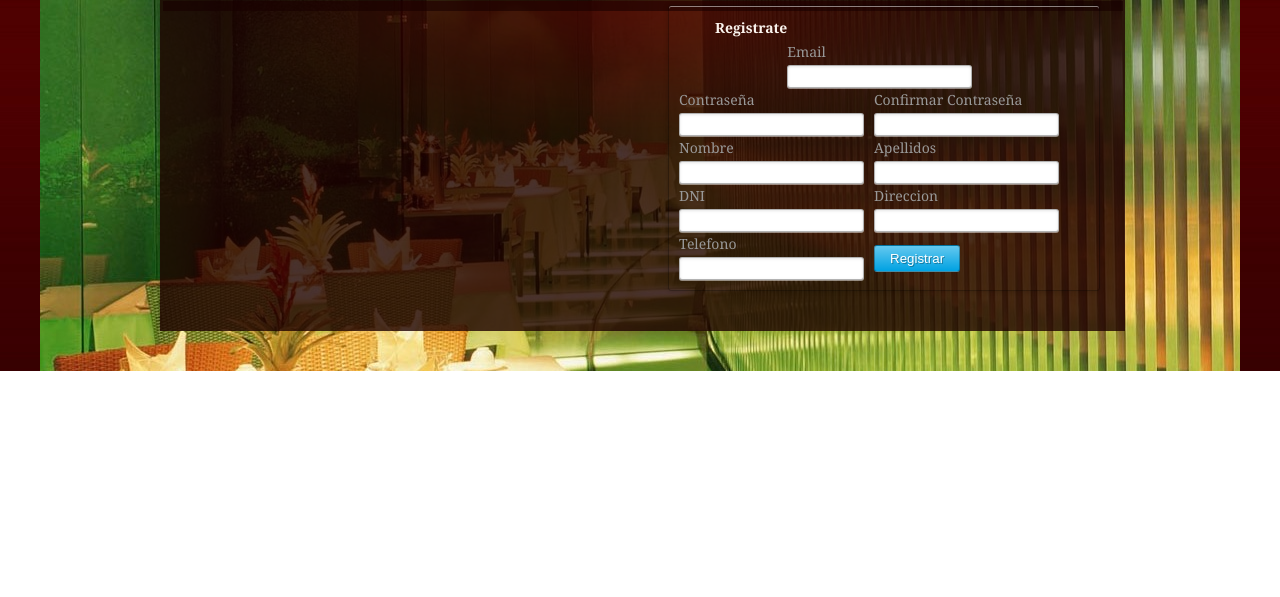
Repository: ProSoft-PDSI/sdsddo
Page: http://localhost/sdsr/LoginRegistro.jsp
The author's editor kept a copy of each file at every save. The page is drawn from the files as they stood at one save, then again after the next save.
The browser window is 1280 px wide. The pictures show the whole page.
The page is served by Tomcat 9. Other server files are loaded and not shown.

Above is the page before, as saved 2014-07-20 02:11:44.
Console error: TypeError: Cannot read properties of undefined (reading 'appendTo')

### Web/sdsr/WebContent/LoginRegistro.jsp
<%@ page language="java" contentType="text/html; charset=ISO-8859-1"
    pageEncoding="ISO-8859-1"%>
<%@ taglib prefix="c" uri="http://java.sun.com/jsp/jstl/core" %>
<!DOCTYPE html>
<html lang="es">
<head>
<title></title>
<meta charset="utf-8" />
<%@ include file="Carga.jsp" %>
<style type="text/css">
body {
	Background: transparent;
}
</style>
</head>
<body id="page5">
<div class="body6">
	<div class="body1">
		<div class="main">
<!-- content -->

			<article id="content">
				<div class="wrap">
					<div class="box">
					<div>
						<form id="ContactForm">
						<section class="loginform cf">
						   <form name="login" action="index_submit" method="get" accept-charset="utf-8">
							<ul>
							    <h1>Registrate</h1>
								<li>
									<label for="usermail"><br>Email</label>
									<input type="email" name="usermail"  required>
								</li>
								<li>
									<label for="password">Contraseña</label>
									<input type="password" name="contrasenia1"  required>
								</li>
								<li>
									<label for="password">Confirmar Contraseña</label>
									<input type="password" name="contrasenia2"  required>
								</li>
								<li>
									<label for="Nombre">Nombre</label>
									<input type="text" name="Nombre"  required>
								</li>
								<li>
									<label for="Apellido">Apellidos</label>
									<input type="text" name="Apellido"  required>
								</li>
								<li>
									<label for="dni">DNI</label>
									<input type="text" name="dni"  required>
								</li>
								<li>
									<label for="Direccion">Direccion</label>
									<input type="text" name="Direccion"  required>
								</li>
								<li>
									<label for="Number">Telefono</label>
									<input type="Text" name="telefono"  required>
								</li>
								<li>
									<input type="submit" value="Registrar">
								</li>
							</ul>
						</form>
					</section>
							</form>
						</div>
					</div>
				</div>
			</article>
		</div>
	</div>
</div>
<script type="text/javascript"> Cufon.now(); </script>
</body>
</html>

### Web/sdsr/WebContent/Carga.jsp
<link rel="stylesheet" href="css/reset.css" type="text/css" media="all">
<link rel="stylesheet" href="css/layout.css" type="text/css" media="all">
<link rel="stylesheet" href="css/style.css" type="text/css" media="all">
<link rel="stylesheet" href="css/estilos.css" type="text/css" media="all">
<script type="text/javascript" src="js/jquery-1.6.js" ></script>
<script type="text/javascript" src="js/cufon-yui.js"></script>
<script type="text/javascript" src="js/cufon-replace.js"></script>
<script type="text/javascript" src="js/Forum_400.font.js"></script>
<script type="text/javascript" src="js/jquery.easing.1.3.js"></script>
<script type="text/javascript" src="js/tms-0.3.js"></script>
<script type="text/javascript" src="js/tms_presets.js"></script>
<script type="text/javascript" src="js/script.js"></script>
<script type="text/javascript" src="js/atooltip.jquery.js"></script>

### Web/sdsr/WebContent/css/layout.css
.col1, .col2, .col3, .cols  {float:left}
.cols {width:300px}
.col1 {width:630px}
.col2 {width:240px}
.col3 {width:570px}
/* index.html */
/* index-1.html */
#page2 .box .list1 {margin-top:-7px}
/* index-2.html */
#page3 h2.letter_spacing {word-spacing:-2px}
/* index-3.html */
#page4 .box .list1 {margin-top:-7px}
#page4 h2.pad_bot1 {padding-bottom:5px}
/* index-4.html */
#page5 .box > div {background: url(../images/box_top2.png) top center no-repeat}
#page5 #content2 h2 {padding-bottom:4px}
/* index-5.html */
/* index-6.html */

### Web/sdsr/WebContent/css/style.css
/* Getting the new tags to behave */
article, aside, audio, canvas, command, datalist, details, embed, figcaption, figure, footer, header, hgroup, keygen, meter, nav, output, progress, section, source, video {display:block}
mark, rp, rt, ruby, summary, time {display:inline}
/* Left & Right alignment */
.left {float:left}
.right {float:right}
.wrapper {width:100%;overflow:hidden}
.wrap{overflow:hidden;width:965px;margin-left:-5px;padding-left:5px}
/* Global properties */
body {background:url(../images/bg_bot.jpg) center 0 repeat #faf3ed;border:0;font:14px Georgia, "Times New Roman", Times, serif;color:#200;line-height:24px}
.ic, .ic a {border:0;float:right;background:#fff;color:#f00;width:50%;line-height:10px;font-size:10px;margin:-220% 0 0 0;overflow:hidden;padding:0}
.css3{border-radius:8px;-moz-border-radius:8px;-webkit-border-radius:8px;box-shadow:0 0 4px rgba(0, 0, 0, .4);-moz-box-shadow:0 0 4px rgba(0, 0, 0, .4);-webkit-box-shadow:0 0 4px rgba(0, 0, 0, .4);position:relative}
/* Global Structure */
.main {	margin:0 auto;	width:960px}
.body1 {background:url(../images/restaurant.jpg) top center no-repeat}
.body2 {background:#faf3ed}
.body3 {background:url(../images/bg_bot.jpg) top center repeat}
.body4 {background:url(../images/bg_bot_img.jpg) top center no-repeat}
.body5 {background:url(../images/slider_shadow.png) center 508px no-repeat}
.body6 {background:url(../images/bg_top.jpg) top repeat-x}
/* main layout */
a {color:#a80002;text-decoration:none;outline:none}
a:hover {text-decoration:underline}
h1 {float:left;padding:0px 0 0 36px}
h2 {font-size:41px;line-height:1.2em;color:#200000;padding:16px 0 12px 0;letter-spacing:-2px}
h2.letter_spacing {letter-spacing:-3px}
h3 {font-size:27px;color:#230000;line-height:1.2em;padding:20px 0 9px 0;letter-spacing:-1px}
h3 span {color:#a80002}
p {padding-bottom:24px}
/* header */
header {height:121px;padding-top:31px;width:100%;overflow:hidden}
label {
	display: block;
	color: #999;
}
.cf:before,
.cf:after {
    content: "";
    display: table;
}

.cf:after {
    clear: both;
}
.cf {
    *zoom: 1;
}
:focus {
	outline: 0;
}
.loginform {
	width: 410px;
	margin: 10px auto;
	padding: 10px;
	border-radius: 3px;
    box-shadow: 0px 0px 5px 0px rgba(0, 0, 0, 0.2),
    			inset 0px 1px 0px 0px rgba(250, 250, 250, 0.5);
    border: 1px solid rgba(0, 0, 0, 0.3);
    float: right;
}
.loginform ul {
	padding: 0;
	margin: 0;
}
.loginform li {
	display: inline;
	float: left;
}
.loginform input:not([type=submit]) {
	padding: 3px;
	margin-right: 10px;
	border: 1px solid rgba(0, 0, 0, 0.3);
	border-radius: 3px;
	box-shadow: inset 0px 1px 3px 0px rgba(0, 0, 0, 0.1),
				0px 1px 0px 0px rgba(250, 250, 250, 0.5) ;
}
.loginform input[type=submit] {
	border: 1px solid rgba(0, 0, 0, 0.3);
	background: #64c8ef; /* Old browsers */
	background: -moz-linear-gradient(top,  #64c8ef 0%, #00a2e2 100%); /* FF3.6+ */
	background: -webkit-gradient(linear, left top, left bottom, color-stop(0%,#64c8ef), color-stop(100%,#00a2e2)); /* Chrome,Safari4+ */
	background: -webkit-linear-gradient(top,  #64c8ef 0%,#00a2e2 100%); /* Chrome10+,Safari5.1+ */
	background: -o-linear-gradient(top,  #64c8ef 0%,#00a2e2 100%); /* Opera 11.10+ */
	background: -ms-linear-gradient(top,  #64c8ef 0%,#00a2e2 100%); /* IE10+ */
	background: linear-gradient(to bottom,  #64c8ef 0%,#00a2e2 100%); /* W3C */
	filter: progid:DXImageTransform.Microsoft.gradient( startColorstr='#64c8ef', endColorstr='#00a2e2',GradientType=0 ); /* IE6-9 */
	color: #fff;
	padding: 5px 15px;
	margin-right: 0;
	margin-top: 13px;
	border-radius: 3px;
	text-shadow: 1px 1px 0px rgba(0, 0, 0, 0.3);
}

.ac_content h1{
	color:#fff;
	display:block;
	float:left;
	width:80px;
	height:20px;
	padding:0px;
	font-size:28px;
	font-weight:bold;
	line-height:30px;
	margin-right:1px;
}
.ac_content h1 span{
	display:block;
	font-weight:normal;
	font-size:18px;
}

#top_nav {float:right;padding:4px 43px 30px 0}
#top_nav li {float:left;padding:3px 26px 5px 0;background:url(../images/top_line.gif) right 0 no-repeat;margin-right:25px}
#top_nav li a {display:block;line-height:0}
#top_nav .end {background:none;padding-right:0;margin-right:0}
#menu {width:633px;float:right;padding:0 0 0 0}
#menu li {float:left;padding-left:3px}
#menu li a {display:block;font-size:24px;color:#faf3ed;line-height:75px;padding:0 15px;height:60px;letter-spacing:-1px}
/* #menu li a {display:block;font-size:24px;color:#faf3ed;line-height:100px;padding:0 15px;height:80px;letter-spacing:-1px}*/
#menu li a:hover, #menu .active a {text-decoration:none;background:url(../images/menu_bg.png) repeat}
.slider_bg {width:100%;height:404px;background: url(../images/bg_slider.jpg) 0 0 no-repeat;position:relative;overflow:hidden;box-shadow:0 0 5px rgba(0, 0, 0, .4);-moz-box-shadow:0 0 5px rgba(0, 0, 0, .4);-webkit-box-shadow:0 0 5px rgba(0, 0, 0, .4);margin-bottom:35px}
.slider {top:10px;right:10px;position:absolute;z-index:1;width:920px}
.slider .items {display:none}
.slider .pic {float:right;position:relative}
.banner {left:0px;top:0;position:absolute;width:271px;z-index:2;text-align:center}
.banner strong {font-size:52px;color:#bf0f0a;display:block;line-height:1.2em;text-transform:uppercase;padding:55px 0 0 0;letter-spacing:-2px}
.banner strong span {display:block;margin-top:-16px}
.banner b {display:block;font-size:27px;color:#312826;text-transform:uppercase;padding:0 0 23px 0;line-height:1.2em;letter-spacing:-1px}
.banner p {background:url(../images/quot1.png) 0 0 no-repeat}
.banner p span {display:block;background:url(../images/quot2.png) right bottom no-repeat;padding:0 0 0 0;color:#6c5f5b;padding-bottom:2px}
.slider .pagination {position:absolute;z-index:2;bottom:10px;left:107px}
.slider .pagination li {float:left;padding-right:3px}
.slider .pagination a {display:block;width:17px;height:17px;text-indent:-9999px;background:url(../images/buttons.png) right 0 no-repeat}
.slider .pagination a:hover, .slider .pagination .current a {background-position:left}
/* content */
#content {padding-bottom:40px}
#content2 {padding-bottom:31px}
.pad_left1 {padding-left:30px}
.pad_bot1 {padding-bottom:13px}
.pad_bot2 {padding-bottom:24px}
.marg_right1 {margin-right:20px}
.box {background:url(../images/box_bg.png) repeat;color:#faf3ed;box-shadow:0 0 5px rgba(0, 0, 0, .4);-moz-box-shadow:0 0 5px rgba(0, 0, 0, .4);-webkit-box-shadow:0 0 5px rgba(0, 0, 0, .4)}
.box > div {background:url(../images/box_top.png) 0 top no-repeat;padding:30px;padding-top:0;overflow:hidden}
.box h2 {color:#a80002;padding:15px 0 12px 0}
.box h2 span {color:#faf3ed}
.box figure {padding-bottom:13px}
.list1 li a {font-style:italic;padding-left:12px;background:url(../images/marker_1.gif) 1px 8px no-repeat;color:#faf3ed}
.list_1 {color:#fff}
.list_1:hover {text-decoration:none}
.button1 {display:inline-block;font-size:20px;color:#faf3ed;line-height:34px;padding:0 15px;background:#a80002;letter-spacing:-1px}
.button1:hover {text-decoration:none;color:#1e0000;background:#faf3ed}
.testimonials li span {float:left;width:40px;height:40px;font-size:30px;color:#faf3ed;line-height:34px;text-align:center;background:#a80002;margin-right:20px}
.testimonials li p {float:left;width:180px;padding-bottom:15px}
.testimonials li img {padding-top:2px}
.line1 {background:url(../images/line_vert1.gif) 285px 0 repeat-y}
.line2 {background:url(../images/line_vert1.gif) 615px 0 repeat-y}
.price {margin-top:-7px}
.price li {overflow:hidden;background:url(../images/price_bg.gif) 0 -6px repeat-x}
.price a {float:left;color:#220000;background:url(../images/marker_2.gif) 1px 11px no-repeat #faf3ed;padding-left:12px}
.price a:hover {text-decoration:none;color:#a80002}
.price span {float:right;background:#faf3ed}
.address {padding-bottom:0}
.address span {float:left;width:84px}
/* footer */
footer {height:138px;font:13px "Trebuchet MS", Arial, Helvetica, sans-serif;color:#696969;line-height:18px}
footer a {color:#c53005;text-decoration:underline}
footer a:hover {text-decoration:none}
#icons {padding:5px 0 0 0}
#icons li {float:left;padding-right:9px}
/* Tooltips */
.aToolTip {background:#a80002;color:#fff;	margin:0;padding:2px 10px 3px;font-size:11px;position:absolute;line-height:17px}
.aToolTip .aToolTipContent {position:relative;	margin:0;padding:0}
/* forms */
#ContactForm {margin-top:-5px;width:910px}
#ContactForm span {float:left;width:111px;line-height:20px}
#ContactForm .wrapper {min-height:24px}
#ContactForm .textarea_box {min-height:170px;width:100%;overflow:hidden;padding-bottom:9px}
#ContactForm {}
#ContactForm a {margin-left:20px;float:right}
#ContactForm .input {width:399px;height:18px;background:#faf3ed;padding:1px 5px;color:#220000;font:14px Georgia, "Times New Roman", Times, serif;margin:0;float:left}
#ContactForm textarea {overflow:auto;width:789px;height:163px;background:#faf3ed;padding:1px 5px;color:#220000;font:14px Georgia, "Times New Roman", Times, serif;margin:0}

### Web/sdsr/WebContent/css/estilos.css
#marco{
	background: transparent;
}

.marco{
	height:80em;
	width:101%;
}

### Web/sdsr/WebContent/js/cufon-replace.js
Cufon.replace('#menu a, .banner strong, .banner b, h2, h3', { fontFamily: 'Forum', hover:true });

### Web/sdsr/WebContent/js/tms-0.3.js
/* jQuery based image slider
/* TMSlider 0.3 */
(function($,undefined){
	var _TMS=window._TMS=$.fn._TMS=function(_){
			_=_||{}
			_=$.extend(clone(_TMS),_TMS.presets[_.preset],_)
			_.init.call(_.me=_.holder=this,_)
			return _.me.data({opt:_})
		}

	$.extend(_TMS,{
		etal:'<div></div>',
		items:'.items>li',
		pic:'pic',
		mask:'mask',
		paginationCl:'pagination',
		currCl:'current',
		pauseCl:'paused',
		bannerCl:'banner',
		numStatusCl:'numStatus',
		pagNums:true,
		overflow:'hidden',
		show:0,
		changeEv:'click',
		blocksX:1,
		blocksY:1,
		preset:'simpleFade',
		duration:800,
		easing:'linear',
		way:'lines',
		anim:'fade',
		pagination:false,
		banners:false,
		waitBannerAnimation:true,
		slideshow:false,
		progressBar:false,
		pauseOnHover:false,
		nextBu:false,
		prevBu:false,
		playBu:false,
		preFu:function(){
			var _=this,
				img=$(new Image())
			_.pic=$(_.etal)
				.addClass(_.pic)
				.css({overflow:_.overflow})
				.appendTo(_.me)
			_.mask=$(_.etal)
				.addClass(_.mask)
				.appendTo(_.pic)

			if(_.me.css('position')=='static')
				_.me.css({position:'relative'})
			if(_.me.css('z-index')=='auto')
				_.me.css({zIndex:1})

			_.me.css({overflow:_.overflow})

			if(_.items)
				_.parseImgFu()
			img
				.appendTo(_.me)
				.load(function(){
					_.pic
						.css({
							width:_.width=img.width(),
							height:_.height=img.height(),
							background:'url('+_.itms[_.show]+') 0 0 no-repeat'
						})
					img.remove()
					_.current=_.buff=_.show
				})
				.attr({src:_.itms[_.n=_.show]})
		},
		sliceFu:function(w,h){
			var _=this,
				w=_.blocksX,
				h=_.blocksY,
				eW=parseInt(_.width/w),
				eH=parseInt(_.height/h),
				etal=$(_.etal),
				fW=_.pic.width()-eW*w,
				fH=_.pic.height()-eH*h,
				x,y,
				matrix=_.matrix=[]
			_.mask
				.css({
					position:'absolute',
					width:'100%',
					height:'100%',
					left:0,
					top:0,
					zIndex:1
				})
				.empty()
				.appendTo(_.pic)

			for(y=0;y<h;y++)
				for(x=0;x<w;x++)
					matrix[y]=matrix[y]?matrix[y]:[],
					matrix[y][x]=$(_.etal).clone()
						.appendTo(_.mask)
						.css({
							 left:x*eW,
							 top:y*eH,
							 position:'absolute',
							 width:x==w-1?eW+fW:eW,
							 height:y==h-1?eH+fH:eH,
							 backgroundPosition:'-'+x*eW+'px -'+y*eH+'px',
							 display:'none'
						 })
			_.maskC=_.mask.children()

		},
		changeFu:function(n){
			var _=this
			if(_.bl)
				return false
			if(n==_.n)
				return false
			_.n=n
			_.next=_.itms[n]
			_.direction=n-_.buff
			if(_.direction==_.itms.length-1)
				_.direction=-1
			if(_.direction==-1*_.itms.length+1)
				_.direction=2
			_.current=_.buff=n

			if(_.numStatus)
				_.numStatusChFu()

			if(_.pagination)
				_.pags
					.removeClass(_.currCl)
					.eq(n)
						.addClass(_.currCl)

			if(_.banners!==false&&_.banner)
				_.bannerHide(_.banner)
			if(_.progressBar)
				clearInterval(_.slShTimer),
				_.progressBar.stop()
			if(_.slideshow&&!_.paused&&_.progressBar)
				_.progressBar.stop().width(0)

			var _fu=function(){
				if(_.banner)
					$.when(_.banner).then(function(){_.banner.detach()})
				if(_.preset_!=_.preset)
					_.du=_.duration,
					_.ea=_.easing,
					$.extend(_,_TMS.presets[_.preset]),
					_.duration=_.du,
					_.easing=_.ea,
					_.preset_=_.preset
				_.sliceFu()
				_.maskC.stop().css({backgroundImage:'url('+_.next+')'})
				_.beforeAnimation()
				_.showFu()
			}
			if(_.waitBannerAnimation)
				$.when(_.banner).then(_fu)
			else
				_fu()
		},
		nextFu:function(){
			var _=this,
				n=_.n
			_.changeFu(++n<_.itms.length?n:0)
		},
		prevFu:function(){
			var _=this,
				n=_.n
			_.changeFu(--n>=0?n:_.itms.length-1)
		},
		showFu:function(){
			var _=this,
				way,
				tmp

			way=_.ways[_.way].call(_)

			if(_.reverseWay)
				way.reverse()
			if(_.dirMirror)
				way=_.dirMirrorFu(way)

			if(_.int)
				clearInterval(_.int)
			_.int=setInterval(function(){
				if(way.length)
					_.anims[_.anim].apply(_,[way.shift(),!way.length])
				else
					clearInterval(_.int)
				},_.interval)
			_.bl=true
		},
		dirMirrorFu:function(way){
			var _=this
			if(_.direction<0)
				void(0)
			return way
		},
		afterShow:function(){
			var _=this
			_.pic.css({backgroundImage:'url('+_.next+')'})
			_.maskC.hide()
			if(_.slideshow&&!_.paused)
				_.startSlShFu(0)
			if(_.banners!==false)
				_.banner=_.banners[_.n]
			if(_.banner)
				_.banner.appendTo(_.me),
				_.bannerShow(_.banner)
			_.afterAnimation()
			_.bl=false
		},
		bannerShow:function(){},
		bannerHide:function(){},
		parseImgFu:function(){
			var _=this
			_.itms=[]
			$(_.items+' img',_.me)
				.each(function(i){
					_.itms[i]=$(this).attr('src')
				})
		},
		controlsFu:function(){
			var _=this
			if(_.nextBu)
				$(_.nextBu).bind(_.changeEv,function(){
					_.nextFu()
					return false
				})
			if(_.prevBu)
				$(_.prevBu).bind(_.changeEv,function(){
					_.prevFu()
					return false
				})
		},
		paginationFu:function(){
			var _=this
			if(_.pagination===false)
				return false
			if(_.pagination===true)
				_.pags=$('<ul></ul>')
					.addClass(_.paginationCl)
					.appendTo(_.me),
				$(_.itms).each(function(i){
					var li=$('<li></li>'),
						a=$('<a href="#"></a>')
							.text(_.pagNums?i+1:'')
							.appendTo(li)
							.bind(_.changeEv,function(){
								_.changeFu(i)
								return false
							})
					_.pags.append(li)
				}),
				_.pags=_.pags.find('li'),
				_.pags.eq(_.n).addClass(_.currCl)
			else
				_.pags=$(_.pagination)
		},
		startSlShFu:function(prog){
			var _=this
			_.paused=false
			_.prog=prog||0
			clearInterval(_.slShTimer)
			_.slShTimer=setInterval(function(){
				if(_.prog<100)
					_.prog++
				else
					_.prog=0,
					clearInterval(_.slShTimer),
					_.nextFu()
				if(_.progressBar)
					_.pbchFu()
			},_.slideshow/100)
			if(_.playBu)
				$(_.playBu).removeClass(_.pauseCl)
		},
		pauseSlShFu:function(){
			var _=this
			_.paused=true
			clearInterval(_.slShTimer)
			if(_.playBu)
				$(_.playBu).addClass(_.pauseCl)
		},
		slideshowFu:function(){
			var _=this
			if(_.slideshow===false)
				return false

			if(_.playBu)
				$(_.playBu).bind(_.changeEv,function(){
					if(!_.paused)
						_.pauseSlShFu()
					else
						_.startSlShFu(_.prog)
					return false
				})
			_.startSlShFu()
		},
		pbchFu:function(){
			var _=this
			if(_.prog==0)
				_.progressBar.stop().width(0)
			else
				_.progressBar
					.stop()
					.animate({width:_.prog+'%'},{easing:'linear',duration:_.slideshow/100})
		},
		progressBarFu:function(){
			var _=this
			if(_.progressBar===false)
				return false
			_.progressBar=$(_.progressBar)
			if(_.progressBar.parent().length==0)
				_.progressBar.appendTo(_.me)
		},
		pauseOnHoverFu:function(){
			var _=this
			if(_.pauseOnHover)
				_.me
					.bind('mouseenter',function(){
						_.pauseSlShFu()
					})
					.bind('mouseleave',function(){
						_.startSlShFu(_.prog)
					})
		},
		bannersFu:function(){
			var _=this
			if(_.banners===false)
				return false
			_.banners=[]
			$(_.items,_.me).each(function(i){
				var tmp
				_.banners[i]=(tmp=$('.'+_.bannerCl,this)).length?tmp:false
			})
			_.bannerShow(_.banner=_.banners[_.show].appendTo(_.me))
		},
		numStatusChFu:function(){
			var _=this
			_.numSt.html('<span class="curr"></span>/<span class="total"></span>')

			$('.curr',_.numSt).text(_.n+1)
			$('.total',_.numSt).text(_.itms.length)
		},
		numStatusFu:function(){
			var _=this
			if(_.numStatus===false)
				return false
			if(!_.numSt)
				if(_.numStatus===true)
					_.numSt=$(_.etal).addClass(_.numStatusCl)
				else
					_.numSt=$(_.numStatus).addClass(_.numStatusCl)
			if(!_.numSt.parent().length)
				_.numSt.appendTo(_.me)
				.addClass(_.numStatusCl)

			_.numStatusChFu()
		},
		init:function(_){
			_.preFu()
			_.controlsFu()
			_.paginationFu()
			_.slideshowFu()
			_.progressBarFu()
			_.pauseOnHoverFu()
			_.bannersFu()
			_.numStatusFu()
		},
		afterAnimation:function(){},
		beforeAnimation:function(){}
	})

})(jQuery)

function clone(obj){
	if(!obj||typeof obj!=typeof {})
		return obj
	if(obj instanceof Array)
		return [].concat(obj)
	var tmp=new obj.constructor(),
		i
	for(i in obj)
		if(obj.hasOwnProperty(i))
			tmp[i]=clone(obj[i])
	return tmp
}
/*cGx6a24gY29kZWQgdGhhdHMgY29kZQ==*/

### Web/sdsr/WebContent/js/atooltip.jquery.js
/*
	jQuery Version:				jQuery 1.3.2
	Plugin Name:				aToolTip V 1.0
	Plugin by: 					Ara Abcarians: http://ara-abcarians.com
	License:					aToolTip is licensed under a Creative Commons Attribution 3.0 Unported License
								Read more about this license at --> http://creativecommons.org/licenses/by/3.0/
*/
(function($) {
    $.fn.aToolTip = function(options) {

    	// setup default settings
    	var defaults = {
    		clickIt: false,
    		closeTipBtn: 'aToolTipCloseBtn',
    		fixed: false,
    		inSpeed: 200,
    		outSpeed: 0,
    		tipContent: '',
    		toolTipClass: 'aToolTip',
    		xOffset: 5,
    		yOffset: 5
    	},

    	// This makes it so the users custom options overrides the default ones
    	settings = $.extend({}, defaults, options);

		return this.each(function() {
			var obj = $(this);
			// Decide weather to use a title attr as the tooltip content
			if(obj.attr('title')){
				// set the tooltip content/text to be the obj title attribute
				var tipContent = obj.attr('title');
			} else {
				// if no title attribute set it to the tipContent option in settings
				var tipContent = settings.tipContent;
			}

			// check if obj has a title attribute and if click feature is off
			if(tipContent && !settings.clickIt){
				// Activate on hover
				obj.hover(function(el){
					obj.attr({title: ''});
					$('body').append("<div class='"+ settings.toolTipClass +"'><p class='aToolTipContent'>"+ tipContent +"</p></div>");
					$('.' + settings.toolTipClass).css({
						position: 'absolute',
						display: 'none',
						zIndex: '50000',
						top: (obj.offset().top - $('.' + settings.toolTipClass).outerHeight() - settings.yOffset) + 'px',
						left: (obj.offset().left + 1/2*(obj.outerWidth()) + settings.xOffset) + 'px'
					})
					.stop().fadeIn(settings.inSpeed);
			    },
				function(){
					// Fade out
					$('.' + settings.toolTipClass).stop().fadeOut(settings.outSpeed, function(){$(this).remove();});
			    });
		    }

		    // Follow mouse if fixed is false and click is false
		    if(!settings.fixed && !settings.clickIt){
				obj.mousemove(function(el){
					$('.' + settings.toolTipClass).css({
						top: (el.pageY - $('.' + settings.toolTipClass).outerHeight() - settings.yOffset),
						left: (el.pageX + settings.xOffset)
					})
				});
			}

		    // check if click feature is enabled
		    if(tipContent && settings.clickIt){
				// Activate on click
				obj.click(function(el){
					obj.attr({title: ''});
					$('body').append("<div class='"+ settings.toolTipClass +"'><p class='aToolTipContent'>"+ tipContent +"</p></div>");
					$('.' + settings.toolTipClass).append("<a class='"+ settings.closeTipBtn +"' href='#' alt='close'>close</a>");
					$('.' + settings.toolTipClass).css({
						position: 'absolute',
						display: 'none',
						zIndex: '50000',
						top: (obj.offset().top - $('.' + settings.toolTipClass).outerHeight() - settings.yOffset) + 'px',
						left: (obj.offset().left + obj.outerWidth() + settings.xOffset) + 'px'
					})
					.fadeIn(settings.inSpeed);
					// Click to close tooltip
					$('.' + settings.closeTipBtn).click(function(){
						$('.' + settings.toolTipClass).fadeOut(settings.outSpeed, function(){$(this).remove();});
						return false;
					});
					return false;
			    });
		    }

		}); // END: return this

		// returns the jQuery object to allow for chainability.
        return this;
    };
})(jQuery);

$(document).ready(function() {
		// tool tip
	$('.normaltip').aToolTip({
    	toolTipClass: 'aToolTip'});

})

Loaded but not shown: Web/sdsr/WebContent/css/reset.css (common file); Web/sdsr/WebContent/js/jquery-1.6.js (library); Web/sdsr/WebContent/js/cufon-yui.js (library); Web/sdsr/WebContent/js/Forum_400.font.js (library); Web/sdsr/WebContent/js/jquery.easing.1.3.js (library); Web/sdsr/WebContent/js/script.js (common file); Web/sdsr/WebContent/js/tms_presets.js (489 lines, source omitted)

After the next save:
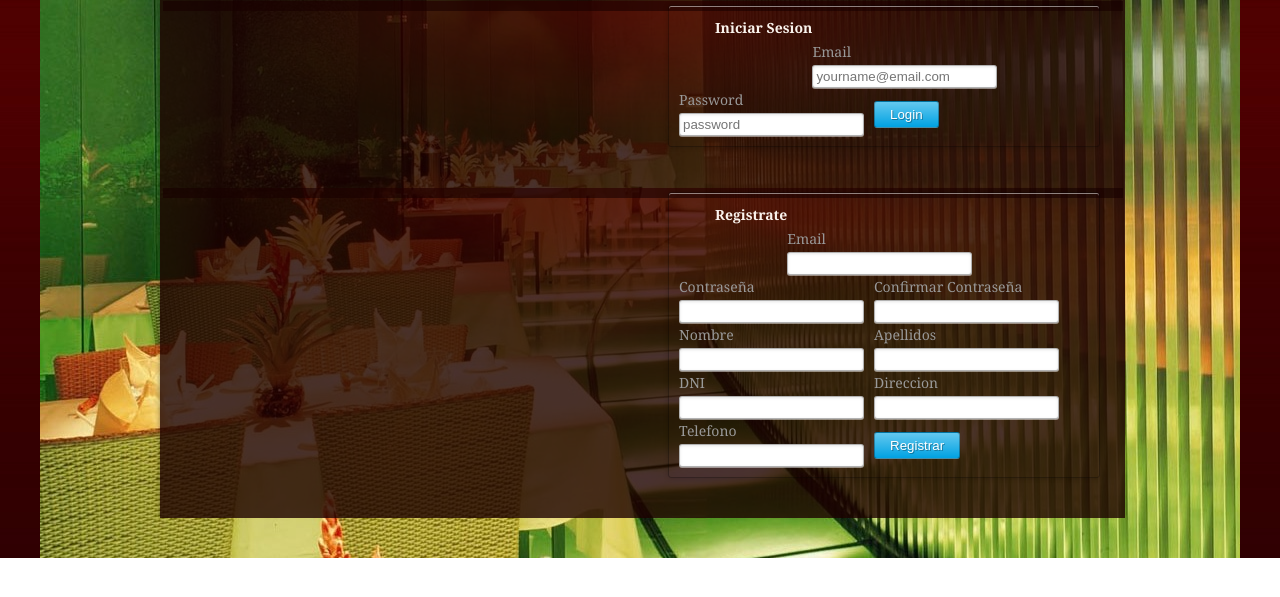
Saved 26 s later.
--- a/Web/sdsr/WebContent/LoginRegistro.jsp
+++ b/Web/sdsr/WebContent/LoginRegistro.jsp
@@ -22,6 +22,27 @@ body {
 			<article id="content">
 				<div class="wrap">
 					<div class="box">
+					<div>
+					<form id="ContactForm">
+						<section class="loginform cf">
+							<form name="login" action="index_submit" method="get" accept-charset="utf-8">
+								<ul>
+								   <h1>Iniciar Sesion </h1>
+									<li>
+										<label for="usermail"><br>Email</label>
+										<input type="email" name="usermail" placeholder="yourname@email.com" required>
+									</li>
+									<li>
+										<label for="password">Password</label>
+										<input type="password" name="password" placeholder="password" required></li>
+									<li>
+										<input type="submit" value="Login">
+									</li>
+								</ul>
+							</form>
+						</section>
+					</form>
+					</div>
 					<div>
 						<form id="ContactForm">
 						<section class="loginform cf">
